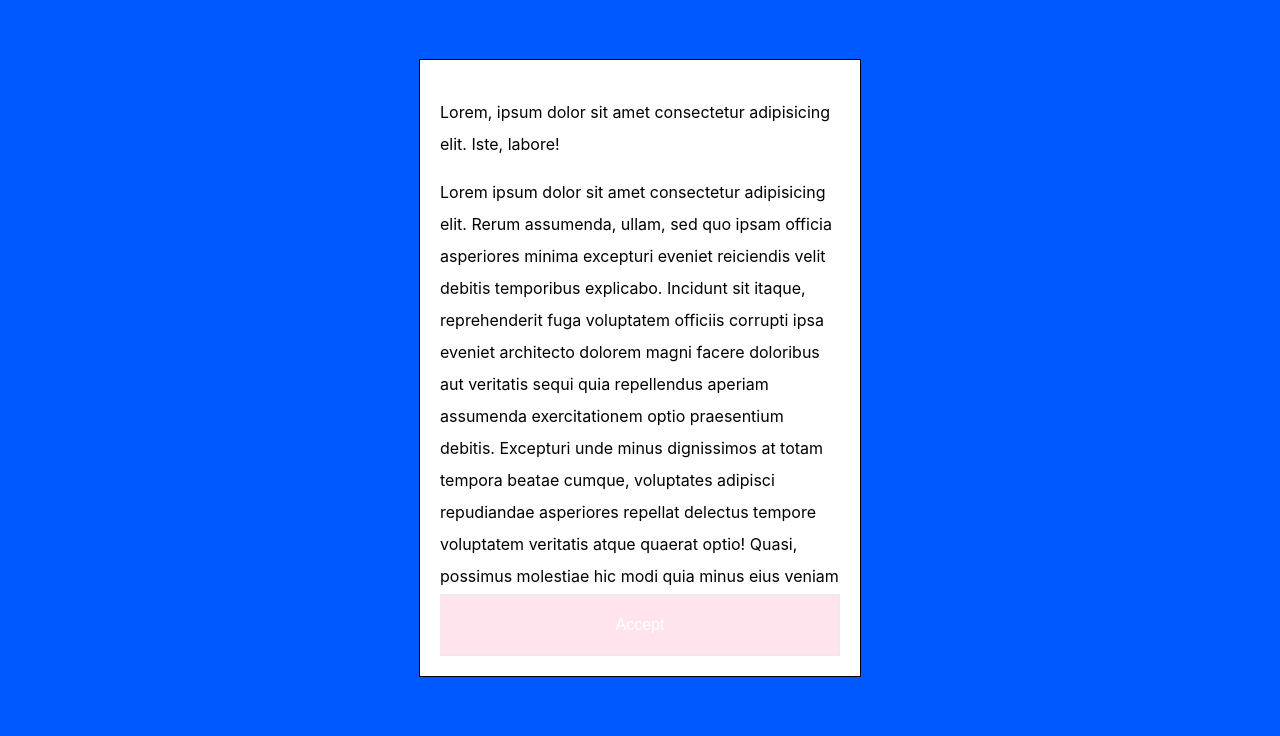
Repository: spidero7/Scroll-To-Accept-Terms
Page: index.html
The author's editor kept a copy of each file at every save. The page is drawn from the files as they stood at one save, then again after the next save.
The browser window is 1280 px wide. The pictures show the whole page.

Above is the page before, as saved 2021-09-17 06:32:54.

### index.html
<html>
<html lang="en">

<head>
  <meta charset="UTF-8">
  <meta name="viewport" content="width=device-width, initial-scale=1.0">
  <title>Scroll Events</title>
  <link rel="stylesheet" href="style.css">
</head>

<body>

  <div class="wrapper">
    <div class="terms-and-conditions">
      <p>Lorem, ipsum dolor sit amet consectetur adipisicing elit. Iste, labore!</p>
      <p>Lorem ipsum dolor sit amet consectetur adipisicing elit. Rerum assumenda, ullam, sed quo ipsam officia
        asperiores minima excepturi eveniet reiciendis velit debitis temporibus explicabo. Incidunt sit itaque,
        reprehenderit fuga voluptatem officiis corrupti ipsa eveniet architecto dolorem magni facere doloribus aut
        veritatis sequi quia repellendus aperiam assumenda exercitationem optio praesentium debitis. Excepturi unde
        minus dignissimos at totam tempora beatae cumque, voluptates adipisci repudiandae asperiores repellat delectus
        tempore voluptatem veritatis atque quaerat optio! Quasi, possimus molestiae hic modi quia minus eius veniam
        aperiam assumenda fugiat fugit optio odio quas esse quam architecto officiis sunt quis cupiditate vel
        voluptate
        consequuntur nam porro harum. Fuga distinctio voluptate provident molestias perspiciatis fugit esse corrupti
        adipisci quas eos dolor non cum ipsam repudiandae dolorem, quasi necessitatibus iusto unde similique
        repellendus praesentium tenetur? Obcaecati aliquam nostrum vero expedita fuga, quae et quaerat modi error
        adipisci eligendi fugit alias quia nihil laudantium quam tenetur ipsam explicabo nisi natus, rerum omnis,
        debitis provident! Dolorum sequi recusandae, necessitatibus eos nesciunt cupiditate accusantium illum unde
        minima. Labore sit quos voluptatem illum qui. Veritatis quis a mollitia asperiores repudiandae consequatur
        assumenda, at tempora, modi voluptate sit blanditiis hic dignissimos harum consequuntur quia ipsam, architecto
        nesciunt. Praesentium, mollitia? Delectus quod laudantium doloremque nihil?</p>
      <strong class="watch">watch for me</strong>
      <p>Lorem, ipsum dolor sit amet consectetur adipisicing elit. Quos ab, ea inventore commodi eligendi error
        repellat impedit eum quod enim sequi, distinctio, qui eaque ipsam fugit asperiores eos laboriosam ex.</p>
      <p>Lorem ipsum, dolor sit amet consectetur adipisicing elit. Ipsa id debitis ex eligendi rem unde consequuntur
        natus omnis vel nulla sit commodi, quos distinctio doloremque doloribus veniam quis et dolore?</p>
      <p>Lorem ipsum dolor sit amet consectetur, adipisicing elit. Commodi laboriosam nulla est architecto eum,
        dolorem
        quam, unde quo fugit tempore ipsa qui provident, iste ratione quis dignissimos temporibus nostrum voluptatum
        molestias? Blanditiis repellendus sapiente inventore aliquam qui error aliquid doloremque fugit consequuntur
        laudantium. Sapiente doloribus ullam vel dicta doloremque iure, deleniti ipsum non. Rem repudiandae deleniti
        ad
        at laborum eaque, modi voluptas aut! Quam nihil deleniti velit excepturi, quidem, veniam aut doloremque iure
        reprehenderit natus vel quia iusto? Magni veritatis provident libero hic quisquam, perferendis officia quasi
        molestiae sit sunt fugiat, perspiciatis architecto velit unde molestias ratione totam, atque doloremque!</p>
    </div>
    <!--
      autocomplete="off" adresses an issue with firefox
      where the browser will persist dynamic disabled state
      on buttons across page loads.
      More info here (se 'disabled' under 'Attributes')
      https://developer.mozilla.org/en-US/docs/Web/HTML/Element/button
      This may or may not be desired in a real world scenario 🙃
    -->
    <button class="accept" disabled autocomplete="off">Accept</button>
  </div>

  <script src="app.js"></script>
</body>

</html>

### style.css
body {
    min-height: 100vh;
    display: grid;
    justify-content: center;
    align-content: center;
    font-family: -apple-system, BlinkMacSystemFont, 'Segoe UI', Roboto, Oxygen, Ubuntu, Cantarell, 'Open Sans', 'Helvetica Neue', sans-serif;
    line-height: 2;
    background: #0059ff;
  }

  .wrapper {
    width: 400px;
    height: 80vh;
    padding: 20px;
    border: 1px solid black;
    background: white;
    display: grid;
    grid-template-rows: 1fr auto;
  }

  button {
    background: #ff0060;
    color: white;
    font-size: 1rem;
    padding: 20px;
    transition: all 0.2s;
  }

  button[disabled] {
    opacity: 0.1;
  }

  .terms-and-conditions {
    overflow: scroll;
  }

Loaded but not shown: app.js (no stored copy; drawn as an empty file)

After the next save:
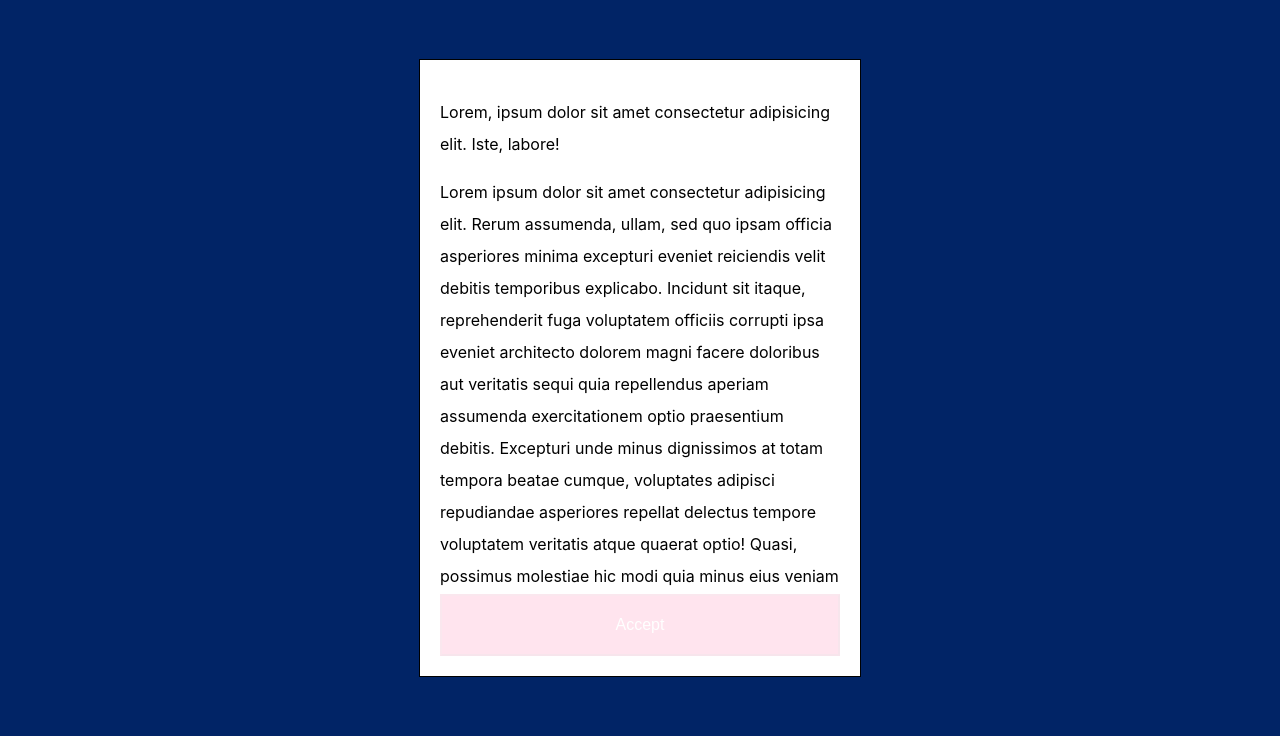
Saved 5 s later.
--- a/style.css
+++ b/style.css
@@ -5,7 +5,7 @@ body {
     align-content: center;
     font-family: -apple-system, BlinkMacSystemFont, 'Segoe UI', Roboto, Oxygen, Ubuntu, Cantarell, 'Open Sans', 'Helvetica Neue', sans-serif;
     line-height: 2;
-    background: #0059ff;
+    background: #012466;
   }
 
   .wrapper {
